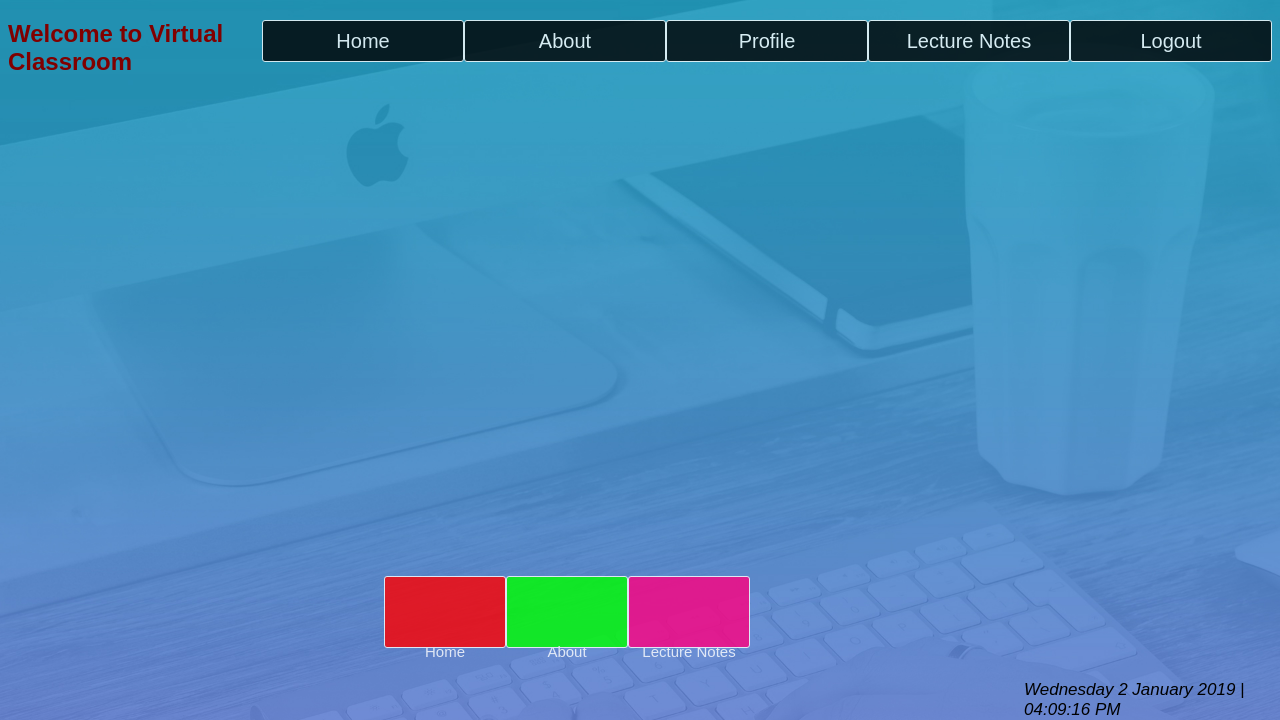
Repository: Rajendra1998/Virtual_classroom_mvc_project
Page: http://localhost/Virtual_classroom/Student_logged1.jsp
An editor plug-in stored every save of this project. The page is shown before and after the next save, followed by the edit.
The browser window is 1280 px wide. The pictures show the whole page.
The page is served by Tomcat 9.

Above is the page before, as saved 2019-01-04 20:40:08.

After the next save:
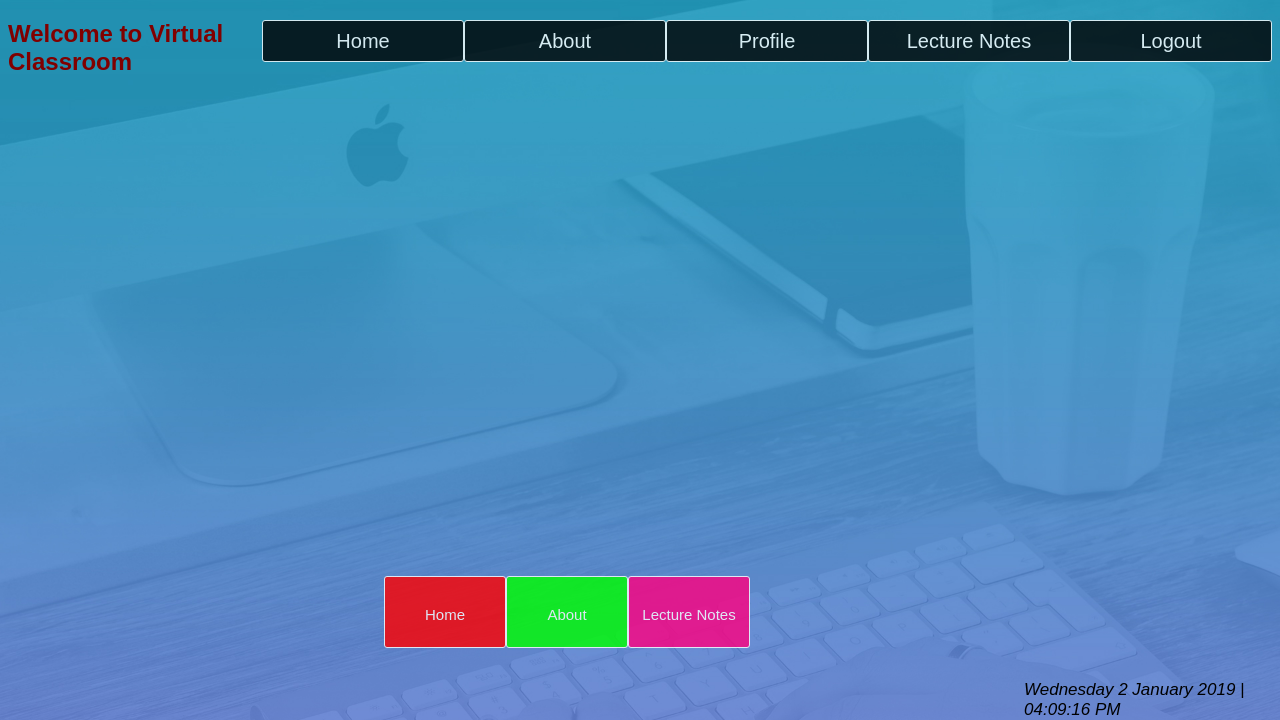
Saved 22 s later.
--- a/Virtual_classroom/WebContent/Student_logged1.jsp
+++ b/Virtual_classroom/WebContent/Student_logged1.jsp
@@ -84,7 +84,7 @@
 		height: 70px;
 		border:1px  solid white;
 		opacity: .8;
-		line-height: 30px;
+		line-height: 15px;
 		text-align: center;
 		font-size: 15px;
 		position:relative;
